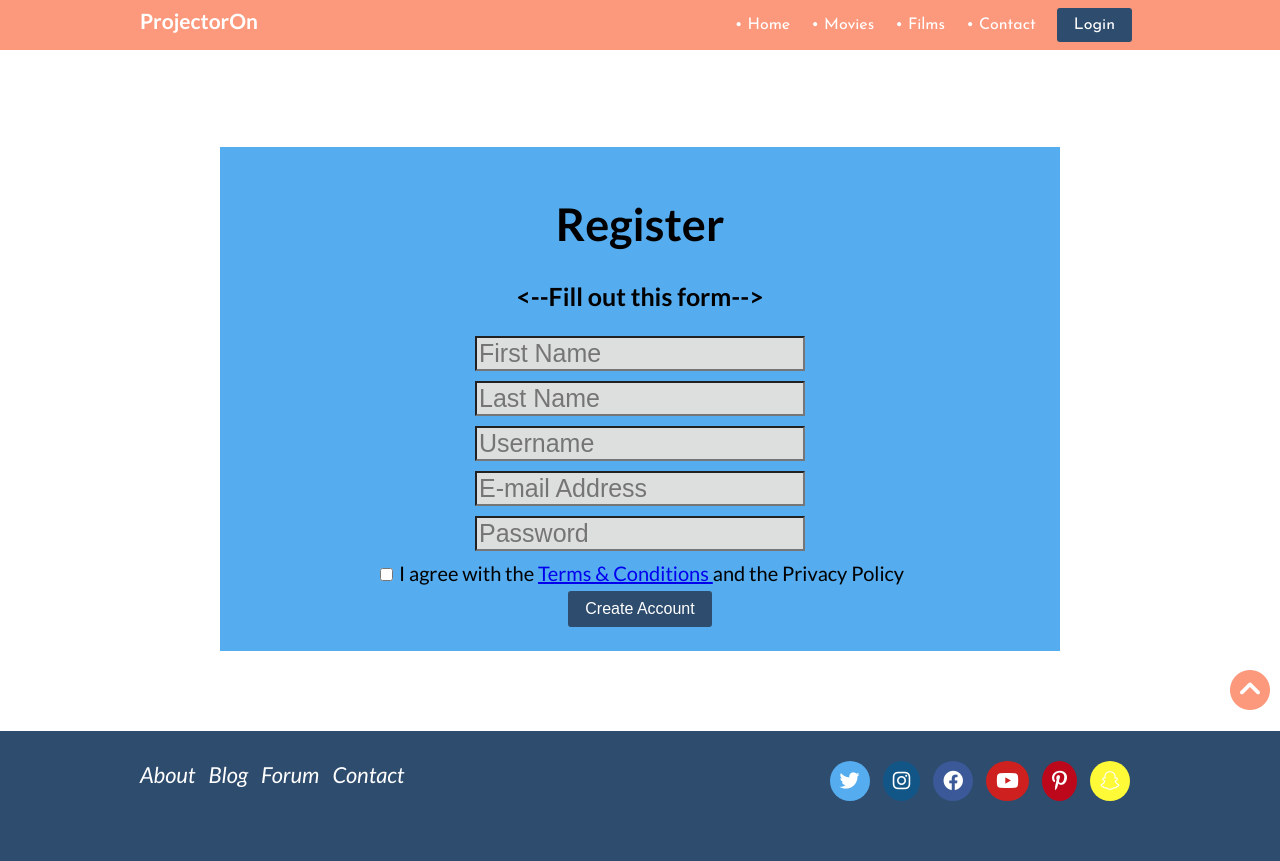
Repository: albayrakfatih/ProjectorOn_WebMovieApp
Page: register.html
These files come from the project's save history. The page is drawn as it stood at one moment and after a run of saves; the edit follows.
The browser window is 1280 px wide. The pictures show the whole page.
Some web libraries are served in a nearby version.

Above is the page before, as saved 2023-04-30 02:08:16.

After the next 2 saves:
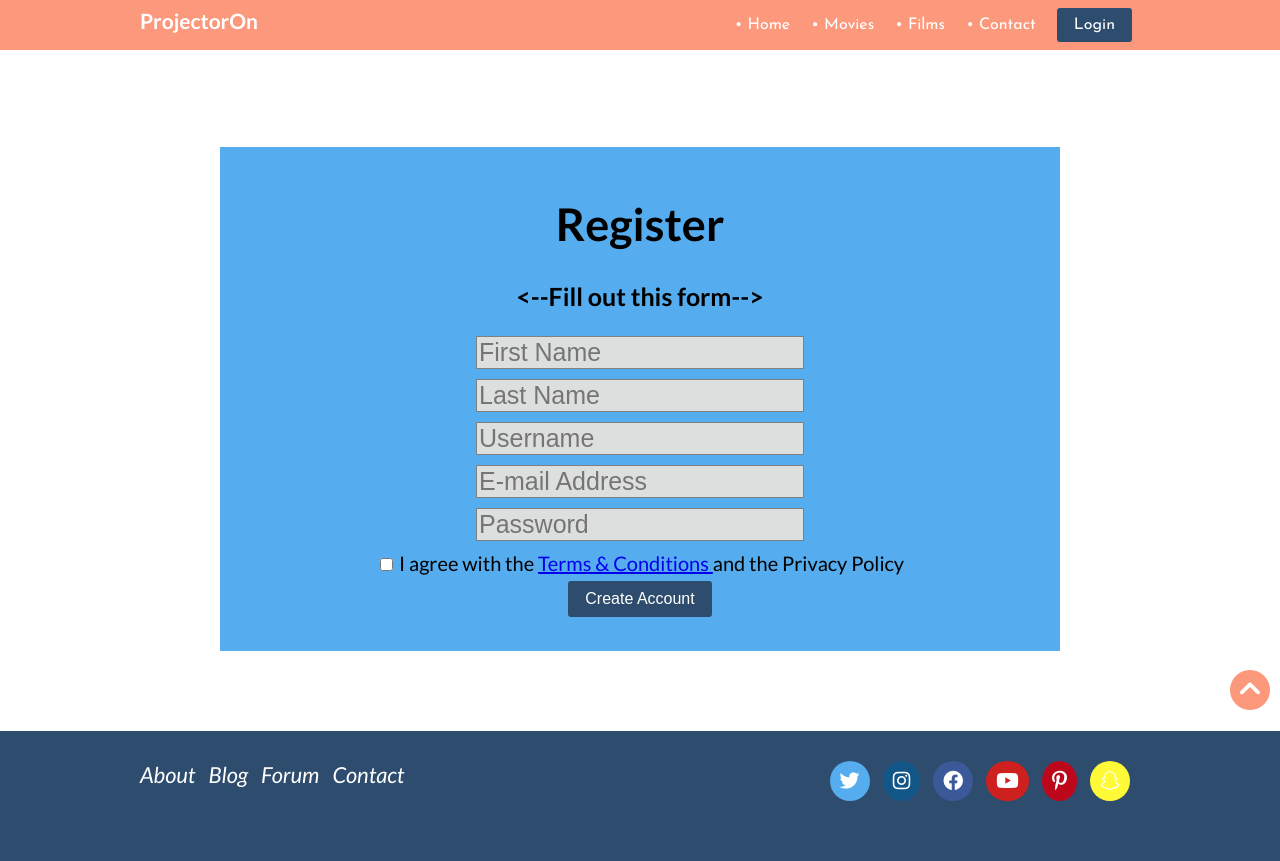
The 2 saves are shown as one change because they came seconds apart.
The last was saved 10 s later.
--- a/css/styles.css
+++ b/css/styles.css
@@ -404,7 +404,7 @@ footer ul li {
     font-size: 25px;
     margin-bottom: 10px;
     background-color: #dcdfde;
-    border: 1px solid #
+    border: 1px solid grey;
 }
 .signup-form label {
     font-size: 20px;
